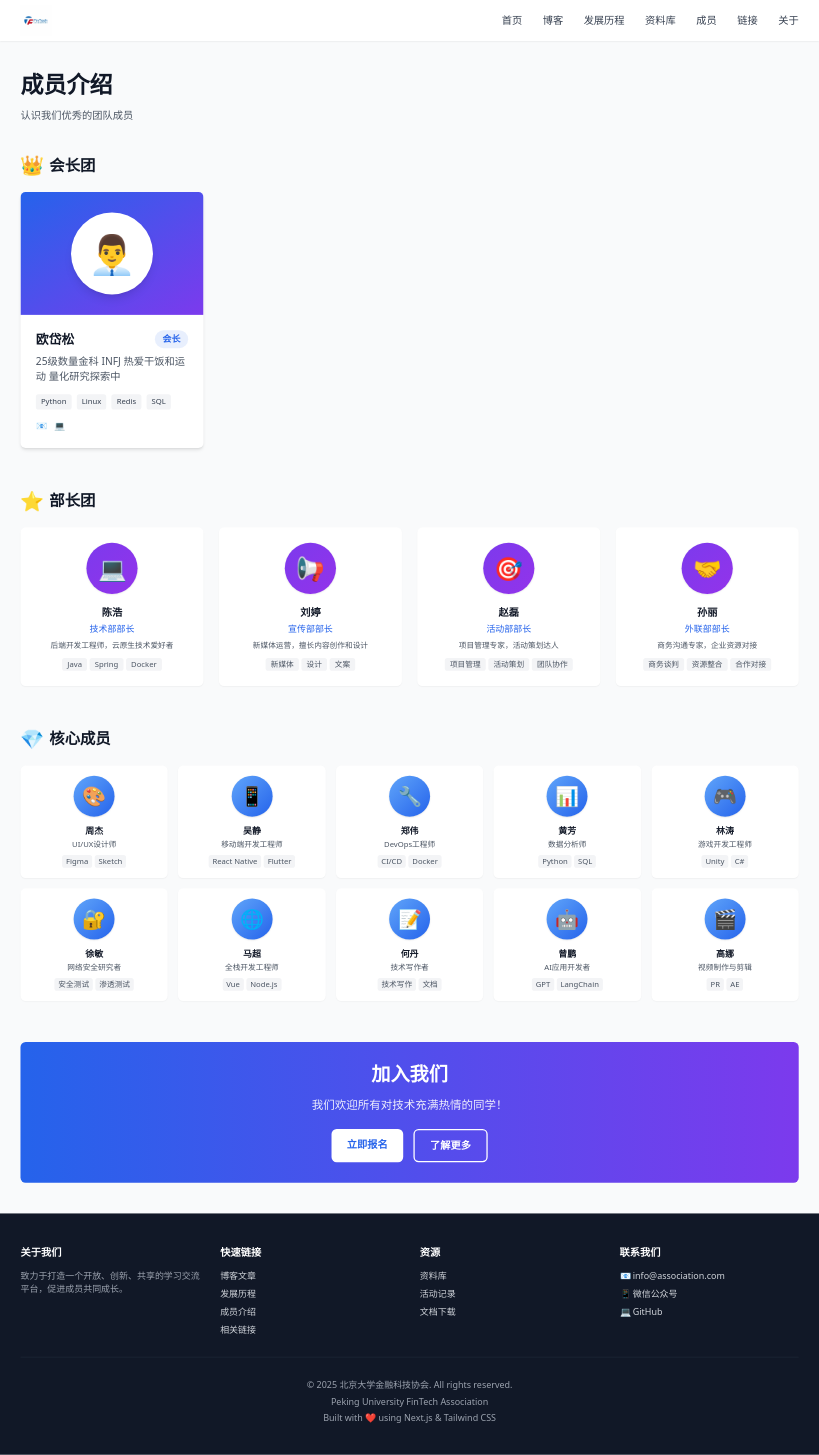
Repository: odsbaron/association-website
Page: /members
These files come from the project's save history. The page is drawn as it stood at one moment and after the next save; the edit follows.
The browser window is 1280 px wide. The pictures show the whole page, at 64% of full size.
The project was rebuilt for these pictures with package versions that can differ from the ones it lists, and the page was loaded fresh each time. The framework's server and built-in components were replaced by stand-ins that run in the browser. Also part of the build but not shown: next.config.js.

Above is the page before, as saved 2025-12-06 12:17:12.

### app/layout.tsx
import type { Metadata } from "next";
import "./globals.css";
import Header from "@/components/layout/Header";
import Footer from "@/components/layout/Footer";

export const metadata: Metadata = {
  title: "协会官方网站",
  description: "展示协会发展历程、活动资料和成员信息的官方平台",
};

export default function RootLayout({
  children,
}: Readonly<{
  children: React.ReactNode;
}>) {
  return (
    <html lang="zh-CN">
      <body className="min-h-screen flex flex-col">
        <Header />
        <main className="flex-1">
          {children}
        </main>
        <Footer />
      </body>
    </html>
  );
}

### app/members/page.tsx
import { getMembers } from "@/lib/members";
import Image from "next/image";

export default function MembersPage() {
  const members = getMembers();

  // 判断是否为图片URL
  const isImageUrl = (avatar: string) => {
    return avatar.startsWith('http') || avatar.startsWith('/') || avatar.endsWith('.png') || avatar.endsWith('.jpg') || avatar.endsWith('.jpeg') || avatar.endsWith('.gif');
  };

  return (
    <div className="max-w-7xl mx-auto px-4 sm:px-6 lg:px-8 py-12">
      <div className="mb-12">
        <h1 className="text-4xl font-bold mb-4">成员介绍</h1>
        <p className="text-gray-600">认识我们优秀的团队成员</p>
      </div>

      {/* 会长团 */}
      <section className="mb-16">
        <h2 className="text-2xl font-bold mb-6 flex items-center gap-2">
          <span className="text-3xl">👑</span>
          会长团
        </h2>
        <div className="grid md:grid-cols-4 gap-6">
          {members
            .filter((m) => m.role === "会长" || m.role === "副会长")
            .map((member) => (
              <div
                key={member.name}
                className="bg-white rounded-lg shadow-md overflow-hidden hover:shadow-xl transition-shadow"
              >
                <div className="h-48 bg-gradient-to-br from-primary to-secondary flex items-center justify-center">
                  <div className="w-32 h-32 bg-white rounded-full flex items-center justify-center text-6xl shadow-lg overflow-hidden">
                    {isImageUrl(member.avatar) ? (
                      <Image
                        src={member.avatar}
                        alt={member.name}
                        width={128}
                        height={128}
                        className="w-full h-full object-cover"
                      />
                    ) : (
                      member.avatar
                    )}
                  </div>
                </div>
                <div className="p-6">
                  <div className="flex items-center justify-between mb-2">
                    <h3 className="text-xl font-bold">{member.name}</h3>
                    <span className="px-3 py-1 bg-primary/10 text-primary text-sm font-semibold rounded-full">
                      {member.role}
                    </span>
                  </div>
                  <p className="text-gray-600 mb-4">{member.bio}</p>
                  <div className="flex flex-wrap gap-2 mb-4">
                    {member.skills.map((skill) => (
                      <span
                        key={skill}
                        className="px-2 py-1 bg-gray-100 text-gray-700 text-xs rounded"
                      >
                        {skill}
                      </span>
                    ))}
                  </div>
                  {member.contact && (
                    <div className="flex gap-3 text-sm text-gray-500">
                      {member.contact.email && (
                        <a
                          href={`mailto:${member.contact.email}`}
                          className="hover:text-primary"
                        >
                          📧
                        </a>
                      )}
                      {member.contact.github && (
                        <a
                          href={member.contact.github}
                          target="_blank"
                          rel="noopener noreferrer"
                          className="hover:text-primary"
                        >
                          💻
                        </a>
                      )}
                    </div>
                  )}
                </div>
              </div>
            ))}
        </div>
      </section>

      {/* 部长团 */}
      <section className="mb-16">
        <h2 className="text-2xl font-bold mb-6 flex items-center gap-2">
          <span className="text-3xl">⭐</span>
          部长团
        </h2>
        <div className="grid md:grid-cols-4 gap-6">
          {members
            .filter((m) => m.role.includes("部长"))
            .map((member) => (
              <div
                key={member.name}
                className="bg-white rounded-lg shadow-sm p-6 hover:shadow-md transition-shadow text-center"
              >
                <div className="w-20 h-20 bg-gradient-to-br from-secondary to-purple-600 rounded-full flex items-center justify-center text-4xl mx-auto mb-4 shadow overflow-hidden">
                  {isImageUrl(member.avatar) ? (
                    <Image
                      src={member.avatar}
                      alt={member.name}
                      width={80}
                      height={80}
                      className="w-full h-full object-cover"
                    />
                  ) : (
                    member.avatar
                  )}
                </div>
                <h3 className="font-bold mb-1">{member.name}</h3>
                <p className="text-sm text-primary mb-2">{member.role}</p>
                <p className="text-xs text-gray-600 mb-3">{member.bio}</p>
                <div className="flex flex-wrap gap-1 justify-center">
                  {member.skills.slice(0, 3).map((skill) => (
                    <span
                      key={skill}
                      className="px-2 py-0.5 bg-gray-100 text-gray-600 text-xs rounded"
                    >
                      {skill}
                    </span>
                  ))}
                </div>
              </div>
            ))}
        </div>
      </section>

      {/* 核心成员 */}
      <section>
        <h2 className="text-2xl font-bold mb-6 flex items-center gap-2">
          <span className="text-3xl">💎</span>
          核心成员
        </h2>
        <div className="grid md:grid-cols-5 gap-4">
          {members
            .filter((m) => m.role === "核心成员")
            .map((member) => (
              <div
                key={member.name}
                className="bg-white rounded-lg shadow-sm p-4 hover:shadow-md transition-shadow text-center"
              >
                <div className="w-16 h-16 bg-gradient-to-br from-blue-400 to-blue-600 rounded-full flex items-center justify-center text-3xl mx-auto mb-3 shadow overflow-hidden">
                  {isImageUrl(member.avatar) ? (
                    <Image
                      src={member.avatar}
                      alt={member.name}
                      width={64}
                      height={64}
                      className="w-full h-full object-cover"
                    />
                  ) : (
                    member.avatar
                  )}
                </div>
                <h3 className="font-semibold text-sm mb-1">{member.name}</h3>
                <p className="text-xs text-gray-600 mb-2 line-clamp-2">
                  {member.bio}
                </p>
                <div className="flex flex-wrap gap-1 justify-center">
                  {member.skills.slice(0, 2).map((skill) => (
                    <span
                      key={skill}
                      className="px-1.5 py-0.5 bg-gray-100 text-gray-600 text-xs rounded"
                    >
                      {skill}
                    </span>
                  ))}
                </div>
              </div>
            ))}
        </div>
      </section>

      {/* 加入我们 */}
      <section className="mt-16 bg-gradient-to-r from-primary to-secondary text-white rounded-lg p-8 text-center">
        <h2 className="text-3xl font-bold mb-4">加入我们</h2>
        <p className="text-lg mb-6 opacity-90">
          我们欢迎所有对技术充满热情的同学！
        </p>
        <div className="flex gap-4 justify-center">
          <a
            href="mailto:info@association.com"
            className="bg-white text-primary px-6 py-3 rounded-lg font-semibold hover:bg-gray-100 transition-colors"
          >
            立即报名
          </a>
          <a
            href="/about"
            className="bg-transparent border-2 border-white px-6 py-3 rounded-lg font-semibold hover:bg-white hover:text-primary transition-colors"
          >
            了解更多
          </a>
        </div>
      </section>
    </div>
  );
}

### app/globals.css
@tailwind base;
@tailwind components;
@tailwind utilities;

:root {
  --primary: 37 99 235;
  --secondary: 124 58 237;
  --accent: 245 158 11;
}

body {
  @apply bg-gray-50 text-gray-900;
}

/* 文章内容样式 */
.prose {
  @apply max-w-none;
}

.prose h1 {
  @apply text-3xl font-bold mt-8 mb-4 text-gray-900;
}

.prose h2 {
  @apply text-2xl font-bold mt-6 mb-3 text-gray-800;
}

.prose h3 {
  @apply text-xl font-semibold mt-4 mb-2 text-gray-700;
}

.prose p {
  @apply mb-4 leading-7 text-gray-700;
}

.prose a {
  @apply text-primary underline hover:text-primary-600 transition-colors;
}

.prose ul {
  @apply list-disc list-inside mb-4 space-y-2;
}

.prose ol {
  @apply list-decimal list-inside mb-4 space-y-2;
}

.prose code {
  @apply bg-gray-100 px-2 py-1 rounded text-sm font-mono;
}

.prose pre {
  @apply bg-gray-900 text-gray-100 p-4 rounded-lg overflow-x-auto mb-4;
}

.prose blockquote {
  @apply border-l-4 border-primary pl-4 italic my-4 text-gray-600;
}

.prose img {
  @apply rounded-lg my-6 shadow-md;
}

.prose table {
  @apply w-full border-collapse mb-4;
}

.prose th {
  @apply bg-gray-100 border border-gray-300 px-4 py-2 font-semibold;
}

.prose td {
  @apply border border-gray-300 px-4 py-2;
}

### components/layout/Header.tsx
"use client";

import Link from "next/link";
import Image from "next/image";
import { useState } from "react";

export default function Header() {
  const [mobileMenuOpen, setMobileMenuOpen] = useState(false);

  const navItems = [
    { name: "首页", href: "/" },
    { name: "博客", href: "/blog" },
    { name: "发展历程", href: "/timeline" },
    { name: "资料库", href: "/archives" },
    { name: "成员", href: "/members" },
    { name: "链接", href: "/links" },
    { name: "关于", href: "/about" },
  ];

  return (
    <header className="bg-white shadow-sm sticky top-0 z-50">
      <nav className="max-w-7xl mx-auto px-4 sm:px-6 lg:px-8">
        <div className="flex justify-between items-center h-16">
          {/* Logo */}
          <Link href="/" className="flex items-center space-x-3">
            <Image
              src="/logo.jpg"
              alt="北京大学金融科技协会"
              width={180}
              height={50}
              className="h-12 w-auto"
              priority
            />
          </Link>

          {/* Desktop Navigation */}
          <div className="hidden md:flex space-x-8">
            {navItems.map((item) => (
              <Link
                key={item.name}
                href={item.href}
                className="text-gray-700 hover:text-primary transition-colors font-medium"
              >
                {item.name}
              </Link>
            ))}
          </div>

          {/* Mobile menu button */}
          <button
            className="md:hidden p-2"
            onClick={() => setMobileMenuOpen(!mobileMenuOpen)}
          >
            <svg
              className="w-6 h-6"
              fill="none"
              stroke="currentColor"
              viewBox="0 0 24 24"
            >
              {mobileMenuOpen ? (
                <path
                  strokeLinecap="round"
                  strokeLinejoin="round"
                  strokeWidth={2}
                  d="M6 18L18 6M6 6l12 12"
                />
              ) : (
                <path
                  strokeLinecap="round"
                  strokeLinejoin="round"
                  strokeWidth={2}
                  d="M4 6h16M4 12h16M4 18h16"
                />
              )}
            </svg>
          </button>
        </div>

        {/* Mobile Navigation */}
        {mobileMenuOpen && (
          <div className="md:hidden py-4 border-t">
            {navItems.map((item) => (
              <Link
                key={item.name}
                href={item.href}
                className="block py-2 text-gray-700 hover:text-primary transition-colors font-medium"
                onClick={() => setMobileMenuOpen(false)}
              >
                {item.name}
              </Link>
            ))}
          </div>
        )}
      </nav>
    </header>
  );
}

### components/layout/Footer.tsx
import Link from "next/link";

export default function Footer() {
  const currentYear = new Date().getFullYear();

  return (
    <footer className="bg-gray-900 text-gray-300">
      <div className="max-w-7xl mx-auto px-4 sm:px-6 lg:px-8 py-12">
        <div className="grid md:grid-cols-4 gap-8">
          {/* About */}
          <div>
            <h3 className="text-white font-semibold mb-4">关于我们</h3>
            <p className="text-sm text-gray-400">
              致力于打造一个开放、创新、共享的学习交流平台，促进成员共同成长。
            </p>
          </div>

          {/* Quick Links */}
          <div>
            <h3 className="text-white font-semibold mb-4">快速链接</h3>
            <ul className="space-y-2 text-sm">
              <li>
                <Link href="/blog" className="hover:text-white transition-colors">
                  博客文章
                </Link>
              </li>
              <li>
                <Link href="/timeline" className="hover:text-white transition-colors">
                  发展历程
                </Link>
              </li>
              <li>
                <Link href="/members" className="hover:text-white transition-colors">
                  成员介绍
                </Link>
              </li>
              <li>
                <Link href="/links" className="hover:text-white transition-colors">
                  相关链接
                </Link>
              </li>
            </ul>
          </div>

          {/* Resources */}
          <div>
            <h3 className="text-white font-semibold mb-4">资源</h3>
            <ul className="space-y-2 text-sm">
              <li>
                <Link href="/archives" className="hover:text-white transition-colors">
                  资料库
                </Link>
              </li>
              <li>
                <a href="#" className="hover:text-white transition-colors">
                  活动记录
                </a>
              </li>
              <li>
                <a href="#" className="hover:text-white transition-colors">
                  文档下载
                </a>
              </li>
            </ul>
          </div>

          {/* Contact */}
          <div>
            <h3 className="text-white font-semibold mb-4">联系我们</h3>
            <ul className="space-y-2 text-sm">
              <li>
                <a href="mailto:info@association.com" className="hover:text-white transition-colors">
                  📧 info@association.com
                </a>
              </li>
              <li>
                <a href="#" className="hover:text-white transition-colors">
                  📱 微信公众号
                </a>
              </li>
              <li>
                <a href="https://github.com" className="hover:text-white transition-colors">
                  💻 GitHub
                </a>
              </li>
            </ul>
          </div>
        </div>

        <div className="border-t border-gray-800 mt-8 pt-8 text-sm text-center text-gray-400">
          <p>© {currentYear} 北京大学金融科技协会. All rights reserved.</p>
          <p className="mt-2">
            Peking University FinTech Association
          </p>
          <p className="mt-1">
            Built with ❤️ using Next.js & Tailwind CSS
          </p>
        </div>
      </div>
    </footer>
  );
}

### lib/members.ts
export interface Member {
  name: string;
  role: string;
  avatar: string; // emoji
  bio: string;
  skills: string[];
  contact?: {
    email?: string;
    github?: string;
    wechat?: string;
  };
}

export function getMembers(): Member[] {
  return [
    // 会长团
    {
      name: "欧岱松",
      role: "会长",
      avatar: "👨‍💼",
      bio: "25级数量金科  INFJ 热爱干饭和运动  量化研究探索中",
      skills: ["Python", "Linux","Redis","SQL"],
      contact: {
        email: "dsou25@stu.pku.edu.cn",
        github: "https://github.com/odsbaron",
      },
    },
    {
      name: "欧阳宏禹",
      role: "学术副会",
      avatar: "👩‍💼",
      bio: "25级数量金科 主要研究方向是股票多因子和深度学习模型",
      skills: ["React", "Vue", "UI/UX", "TypeScript"],
      contact: {
        email: "dsou25@stu.pku.edu.cn",
        github: "https://github.com/limei",
      },
    },
    {
      name: "郭禹宏",
      role: "内外联副会",
      avatar: "🧑‍💻",
      bio: "25级经济学双学位  ISTJ 喜欢摄影和历史  职业路径探索中 喜欢流程图很好看的模型",
      skills: ["Python", "TensorFlow", "PyTorch", "数据科学"],
      contact: {
        email: "wangqiang@example.com",
        github: "https://github.com/wangqiang",
      },
    },
    {
      name: "王一茗",
      role: "宣传副会",
      avatar: "👩‍💼",
      bio: "人工智能专业，机器学习研究者",
      skills: ["Python", "TensorFlow", "PyTorch", "数据科学"],
      contact: {
        email: "wangqiang@example.com",
        github: "https://github.com/wangqiang",
      },
    },


    // 部长团
    {
      name: "陈浩",
      role: "技术部部长",
      avatar: "💻",
      bio: "后端开发工程师，云原生技术爱好者",
      skills: ["Java", "Spring", "Docker", "K8s"],
      contact: {
        github: "https://github.com/chenhao",
      },
    },
    {
      name: "刘婷",
      role: "宣传部部长",
      avatar: "📢",
      bio: "新媒体运营，擅长内容创作和设计",
      skills: ["新媒体", "设计", "文案", "运营"],
    },
    {
      name: "赵磊",
      role: "活动部部长",
      avatar: "🎯",
      bio: "项目管理专家，活动策划达人",
      skills: ["项目管理", "活动策划", "团队协作"],
    },
    {
      name: "孙丽",
      role: "外联部部长",
      avatar: "🤝",
      bio: "商务沟通专家，企业资源对接",
      skills: ["商务谈判", "资源整合", "合作对接"],
    },

    // 核心成员
    {
      name: "周杰",
      role: "核心成员",
      avatar: "🎨",
      bio: "UI/UX设计师",
      skills: ["Figma", "Sketch", "UI设计"],
    },
    {
      name: "吴静",
      role: "核心成员",
      avatar: "📱",
      bio: "移动端开发工程师",
      skills: ["React Native", "Flutter", "iOS"],
    },
    {
      name: "郑伟",
      role: "核心成员",
      avatar: "🔧",
      bio: "DevOps工程师",
      skills: ["CI/CD", "Docker", "Linux"],
    },
    {
      name: "黄芳",
      role: "核心成员",
      avatar: "📊",
      bio: "数据分析师",
      skills: ["Python", "SQL", "数据可视化"],
    },
    {
      name: "林涛",
      role: "核心成员",
      avatar: "🎮",
      bio: "游戏开发工程师",
      skills: ["Unity", "C#", "游戏设计"],
    },
    {
      name: "徐敏",
      role: "核心成员",
      avatar: "🔐",
      bio: "网络安全研究者",
      skills: ["安全测试", "渗透测试", "CTF"],
    },
    {
      name: "马超",
      role: "核心成员",
      avatar: "🌐",
      bio: "全栈开发工程师",
      skills: ["Vue", "Node.js", "MongoDB"],
    },
    {
      name: "何丹",
      role: "核心成员",
      avatar: "📝",
      bio: "技术写作者",
      skills: ["技术写作", "文档", "教程"],
    },
    {
      name: "曾鹏",
      role: "核心成员",
      avatar: "🤖",
      bio: "AI应用开发者",
      skills: ["GPT", "LangChain", "AI应用"],
    },
    {
      name: "高娜",
      role: "核心成员",
      avatar: "🎬",
      bio: "视频制作与剪辑",
      skills: ["PR", "AE", "视频制作"],
    },
  ];
}

### tailwind.config.ts
import type { Config } from "tailwindcss";

const config: Config = {
  content: [
    "./pages/**/*.{js,ts,jsx,tsx,mdx}",
    "./components/**/*.{js,ts,jsx,tsx,mdx}",
    "./app/**/*.{js,ts,jsx,tsx,mdx}",
  ],
  theme: {
    extend: {
      colors: {
        primary: {
          DEFAULT: '#2563eb',
          50: '#eff6ff',
          100: '#dbeafe',
          200: '#bfdbfe',
          300: '#93c5fd',
          400: '#60a5fa',
          500: '#3b82f6',
          600: '#2563eb',
          700: '#1d4ed8',
          800: '#1e40af',
          900: '#1e3a8a',
        },
        secondary: {
          DEFAULT: '#7c3aed',
          500: '#7c3aed',
          600: '#6d28d9',
        },
      },
    },
  },
  plugins: [],
};

export default config;

After the next save:
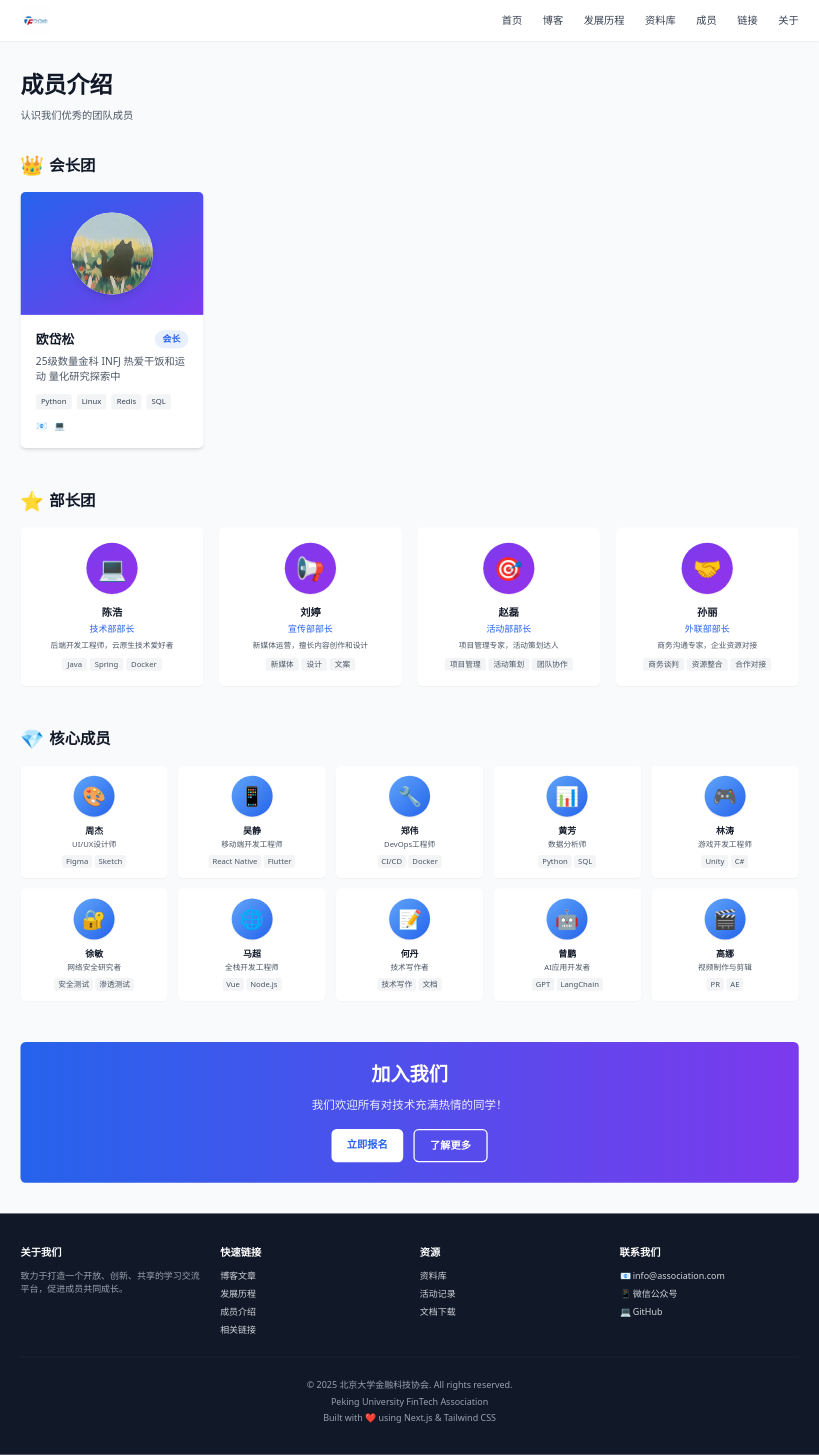
Saved 3 min 22 s later.
--- a/lib/members.ts
+++ b/lib/members.ts
@@ -17,7 +17,7 @@ export function getMembers(): Member[] {
     {
       name: "欧岱松",
       role: "会长",
-      avatar: "👨‍💼",
+      avatar: "/images/avatars/25_oudaisong.jpg",
       bio: "25级数量金科  INFJ 热爱干饭和运动  量化研究探索中",
       skills: ["Python", "Linux","Redis","SQL"],
       contact: {
@@ -28,7 +28,7 @@ export function getMembers(): Member[] {
     {
       name: "欧阳宏禹",
       role: "学术副会",
-      avatar: "👩‍💼",
+      avatar: "/images/avatars/25_ouyanghongyu.jpg",
       bio: "25级数量金科 主要研究方向是股票多因子和深度学习模型",
       skills: ["React", "Vue", "UI/UX", "TypeScript"],
       contact: {
@@ -39,7 +39,7 @@ export function getMembers(): Member[] {
     {
       name: "郭禹宏",
       role: "内外联副会",
-      avatar: "🧑‍💻",
+      avatar: "/images/avatars/25_guoyuhong.jpg",
       bio: "25级经济学双学位  ISTJ 喜欢摄影和历史  职业路径探索中 喜欢流程图很好看的模型",
       skills: ["Python", "TensorFlow", "PyTorch", "数据科学"],
       contact: {
@@ -50,7 +50,7 @@ export function getMembers(): Member[] {
     {
       name: "王一茗",
       role: "宣传副会",
-      avatar: "👩‍💼",
+      avatar: "/images/avatars/25_wangyiming.jpg",
       bio: "人工智能专业，机器学习研究者",
       skills: ["Python", "TensorFlow", "PyTorch", "数据科学"],
       contact: {
